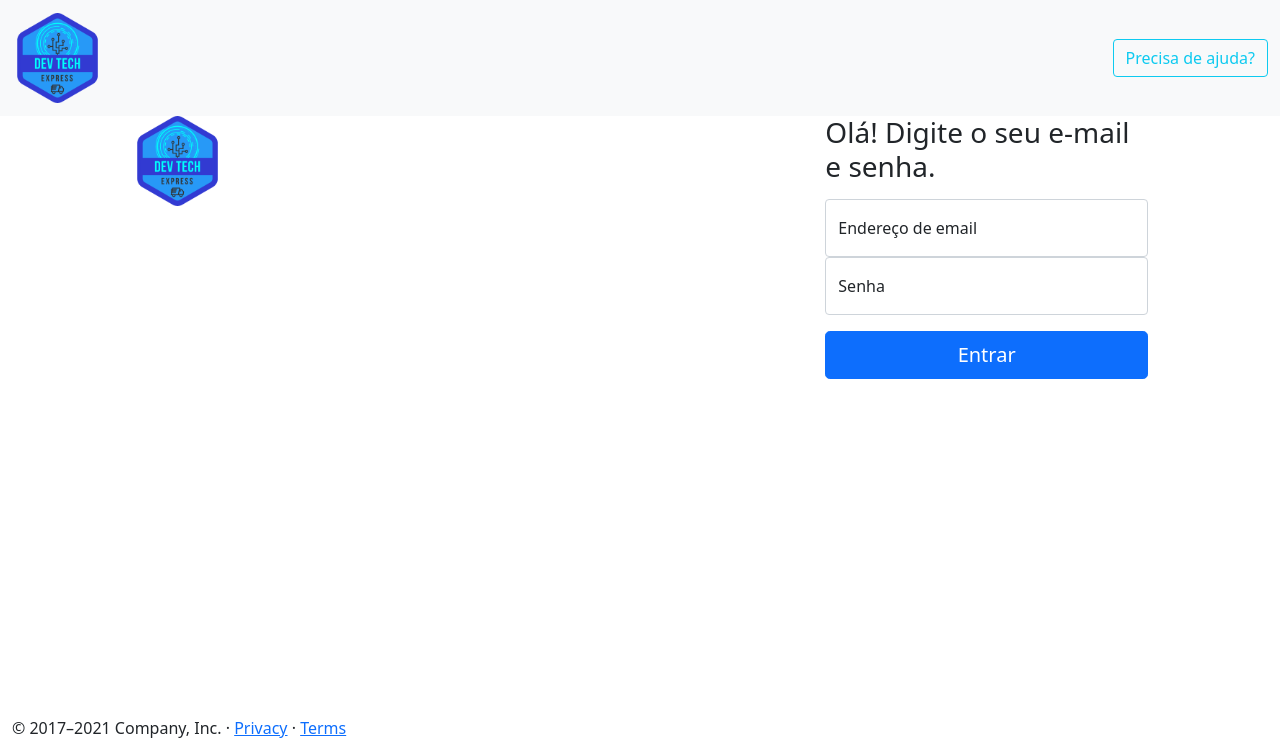
Repository: dantas-barreto/trabalho-interdisciplinar-IDW-IAP
Page: signin.html
The author's editor kept a copy of each file at every save. The page is drawn from the files as they stood at one save, then again after the next save.
The browser window is 1280 px wide. The pictures show the whole page.

Above is the page before, as saved 2021-11-15 23:33:01.

### signin.html
<!DOCTYPE html>
<html lang="pt-br">
  <head>
    <meta charset="utf-8" />
    <meta name="viewport" content="width=device-width, initial-scale=1.0" />
    <link
      rel="stylesheet"
      href="node_modules/bootstrap/dist/css/bootstrap.min.css"
    />
    <link rel="shortcut icon" href="img/favicon.ico" type="image/x-icon" />
    <title>Faça Login e comece suas Compras | DevTech Express</title>
  </head>
  <body>
    <nav class="navbar navbar-expand-lg navbar-light bg-light">
      <div class="container-fluid">
        <div class="navbar-brand">
          <a href="#">
            <img
              src="img/logo.png"
              width="90px"
              height="90px"
              alt="Logo DevTech Express"
            />
          </a>
        </div>
        <div class="navbar-nav">
          <div class="nav-item">
            <a class="btn btn-outline-info">Precisa de ajuda?</a>
          </div>
        </div>
      </div>
    </nav>

    <main>
      <!-- Mudar o dimensionamento da div container para um arquivo css -->
      <div class="container" style="height: 37.5rem; width: 65rem">
        <div class="row">
          <div class="col-lg-8">
            <img
              src="img/logo.png"
              alt="Logo DevTech Express"
              height="90rem"
              width="90rem"
            />
          </div>
          <form class="col-lg-4">
            <h1 class="h3 mb-3 fw-normal">Olá! Digite o seu e-mail e senha.</h1>
            <div class="form-floating">
              <input
                type="email"
                class="form-control"
                id="floatingInput"
                placeholder="nome@exemplo.com"
              />
              <label for="floatingInput">Endereço de email</label>
            </div>
            <div class="form-floating mb-3">
              <input
                class="form-control"
                id="floatingPassword"
                placeholder="Senha"
              />
              <label for="floatingPassword">Senha</label>
            </div>
            <button class="w-100 btn btn-lg btn-primary" type="submit">
              Entrar
            </button>
          </form>
        </div>
      </div>

      <footer class="container-fluid">
        <p>
          &copy; 2017–2021 Company, Inc. &middot;
          <a href="#">Privacy</a> &middot; <a href="#">Terms</a>
        </p>
      </footer>
    </main>

    <script src="node_modules/bootstrap/dist/js/bootstrap.bundle.min.js"></script>
  </body>
</html>

Loaded but not shown: node_modules/bootstrap/dist/css/bootstrap.min.css (library); node_modules/bootstrap/dist/js/bootstrap.bundle.min.js (library)

After the next save:
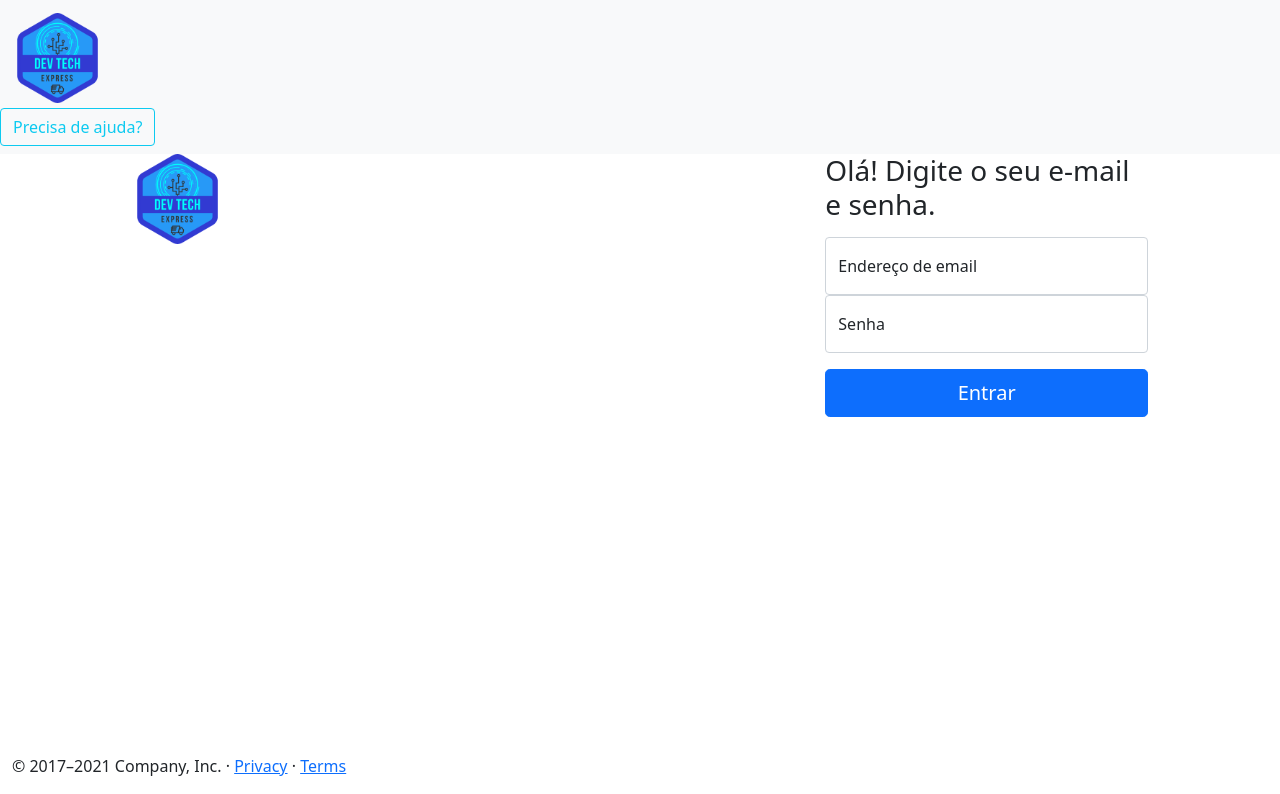
Saved 45 s later.
--- a/signin.html
+++ b/signin.html
@@ -13,19 +13,21 @@
   <body>
     <nav class="navbar navbar-expand-lg navbar-light bg-light">
       <div class="container-fluid">
-        <div class="navbar-brand">
-          <a href="#">
-            <img
-              src="img/logo.png"
-              width="90px"
-              height="90px"
-              alt="Logo DevTech Express"
-            />
-          </a>
-        </div>
-        <div class="navbar-nav">
-          <div class="nav-item">
-            <a class="btn btn-outline-info">Precisa de ajuda?</a>
+        <div class="row">
+          <div class="navbar-brand">
+            <a href="#">
+              <img
+                src="img/logo.png"
+                width="90px"
+                height="90px"
+                alt="Logo DevTech Express"
+              />
+            </a>
+          </div>
+          <div class="navbar-nav">
+            <div class="nav-item">
+              <a class="btn btn-outline-info">Precisa de ajuda?</a>
+            </div>
           </div>
         </div>
       </div>

After the save that followed:
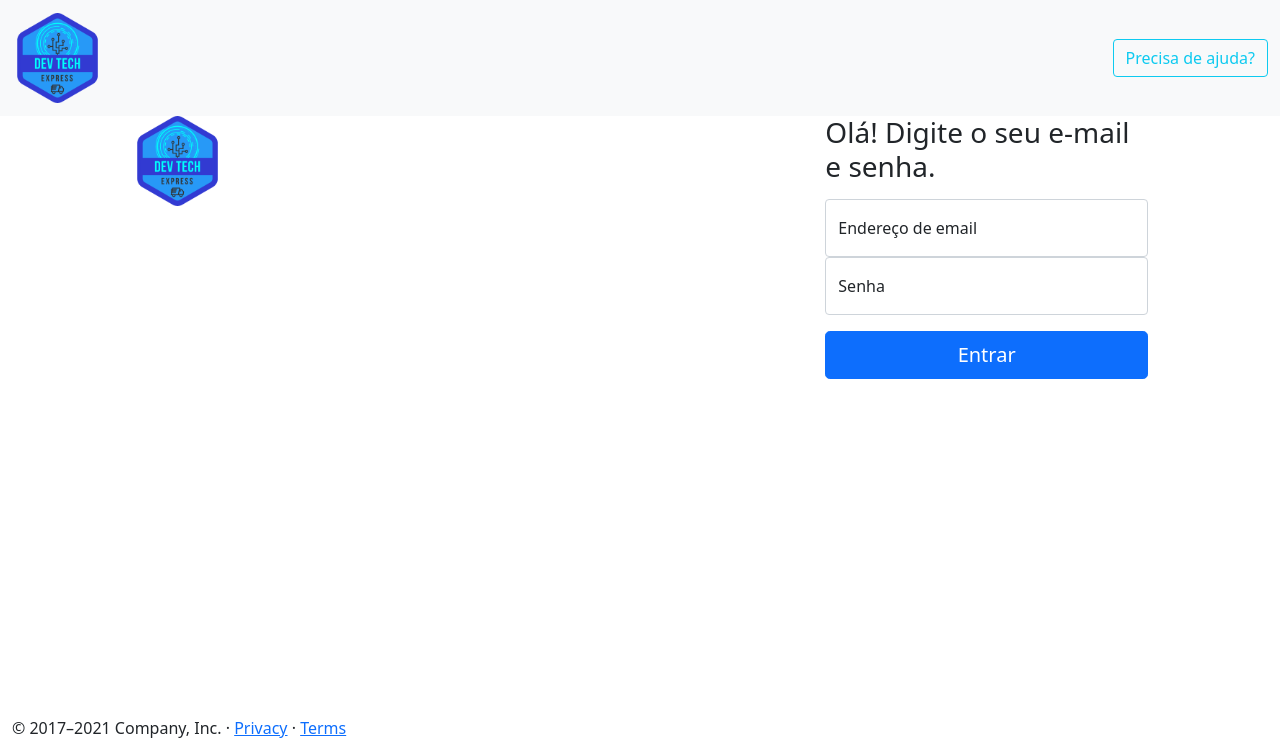
Saved 8 s later.
--- a/signin.html
+++ b/signin.html
@@ -13,21 +13,19 @@
   <body>
     <nav class="navbar navbar-expand-lg navbar-light bg-light">
       <div class="container-fluid">
-        <div class="row">
-          <div class="navbar-brand">
-            <a href="#">
-              <img
-                src="img/logo.png"
-                width="90px"
-                height="90px"
-                alt="Logo DevTech Express"
-              />
-            </a>
-          </div>
-          <div class="navbar-nav">
-            <div class="nav-item">
-              <a class="btn btn-outline-info">Precisa de ajuda?</a>
-            </div>
+        <div class="navbar-brand">
+          <a href="#">
+            <img
+              src="img/logo.png"
+              width="90px"
+              height="90px"
+              alt="Logo DevTech Express"
+            />
+          </a>
+        </div>
+        <div class="navbar-nav">
+          <div class="nav-item">
+            <a class="btn btn-outline-info">Precisa de ajuda?</a>
           </div>
         </div>
       </div>
